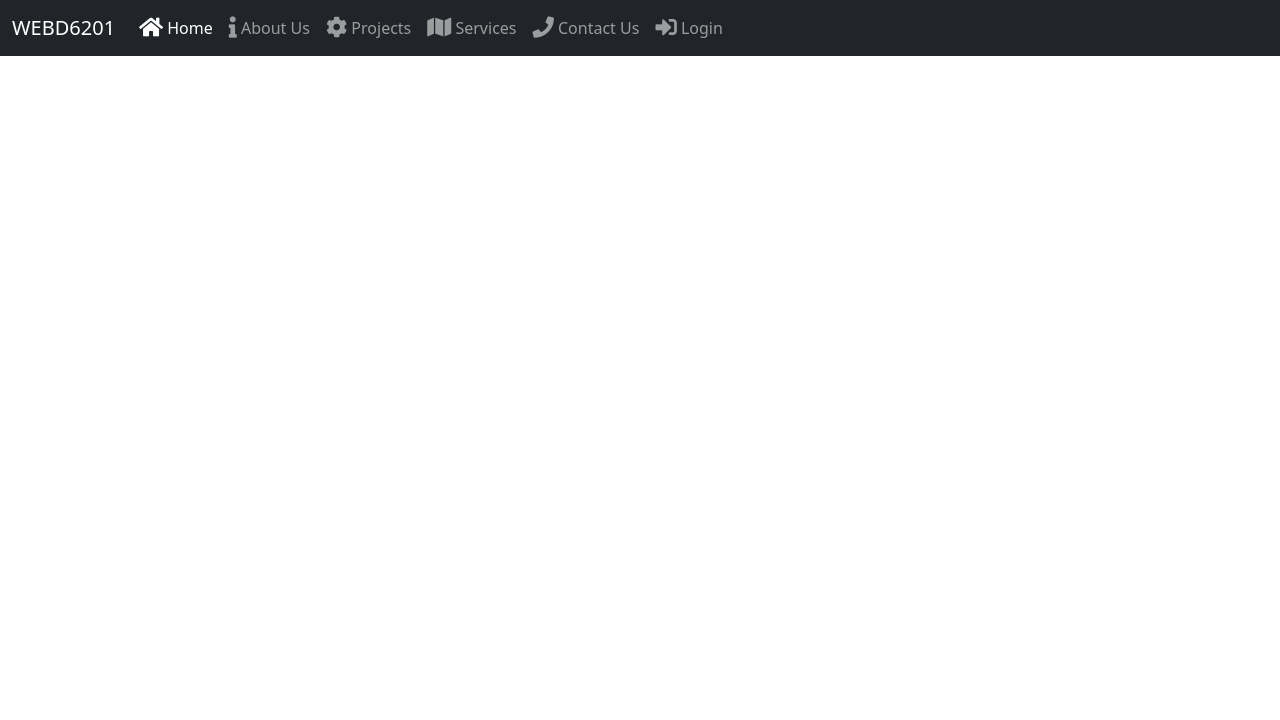
Repository: aphim/webd6201ICE6
Page: index.html
An editor plug-in stored every save of this project. The page is shown before and after the next save, followed by the edit.
The browser window is 1280 px wide. The pictures show the whole page.

Above is the page before, as saved 2021-03-03 08:42:13.
Console error: ReferenceError: core is not defined

After the next save:
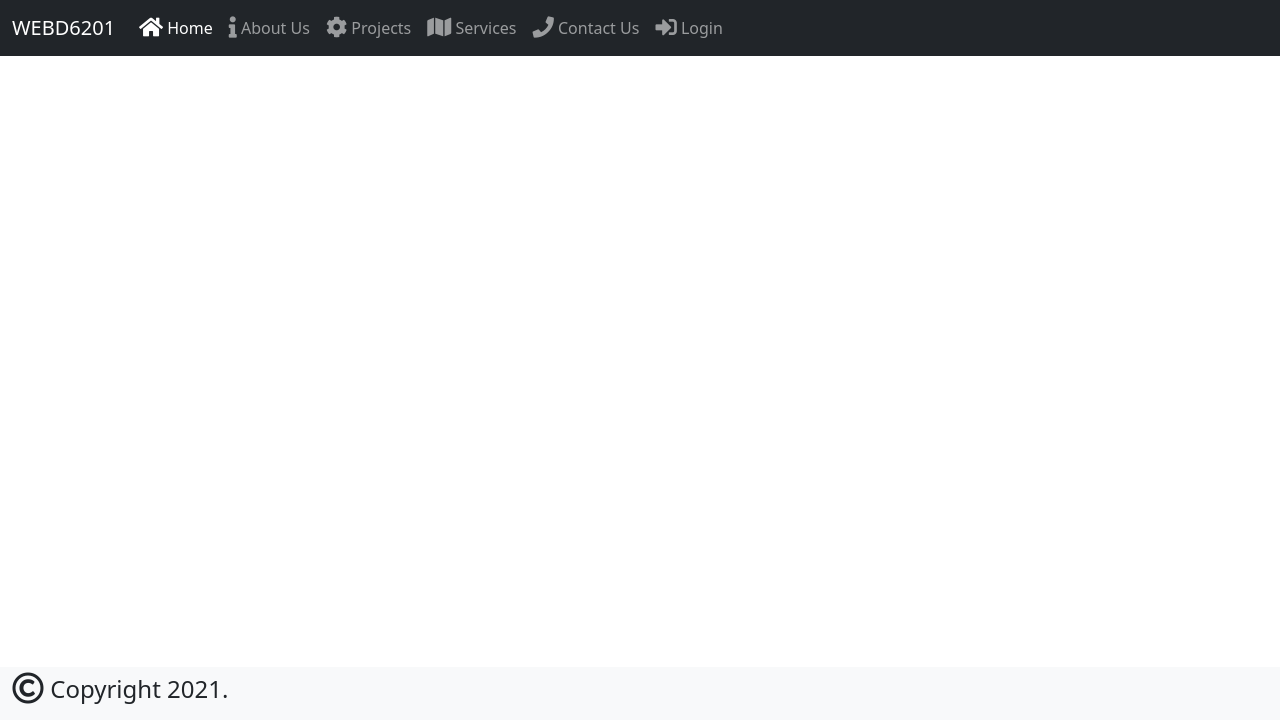
Saved 46 s later.
--- a/Scripts/app.js
+++ b/Scripts/app.js
@@ -14,6 +14,12 @@
       $.get("./Views/components/header.html", function(data)
       {
         $("header").html(data);
+      });
+
+      //inject the footer
+      $.get("./Views/components/footer.html", function(data)
+      {
+        $("footer").html(data);
       });
 
     }
